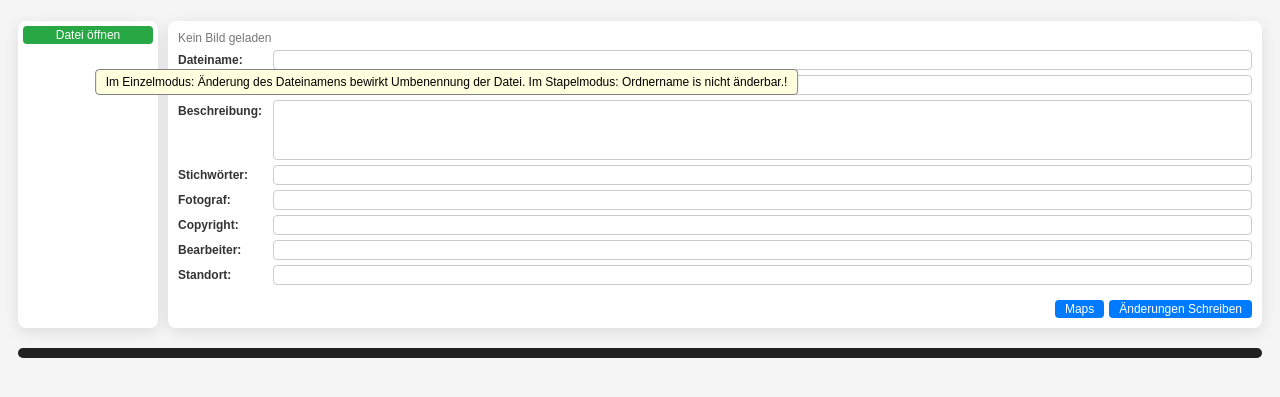
Repository: h-fahle/metadata
Page: ui/index.html
The author's editor kept a copy of each file at every save. The page is drawn from the files as they stood at one save, then again after the next save.
The browser window is 1280 px wide. The pictures show the whole page.
The pointer rests on the first visible `.tooltip`.

Above is the page before, as saved 2026-08-18 11:37:21.

After the next save:
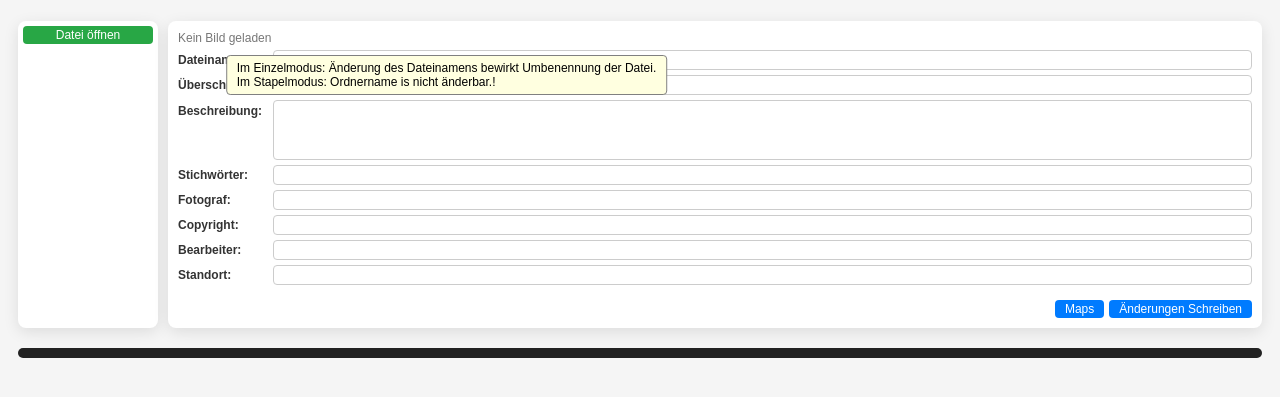
Saved 3 min 18 s later.
--- a/ui/style.css
+++ b/ui/style.css
@@ -174,7 +174,7 @@ textarea:focus {
   padding: 5px 10px;
   border: 1px solid gray;
   border-radius: 4px;
-  white-space: nowrap;
+  white-space: pre-wrap;
   font-size: 12px;
 }
 
